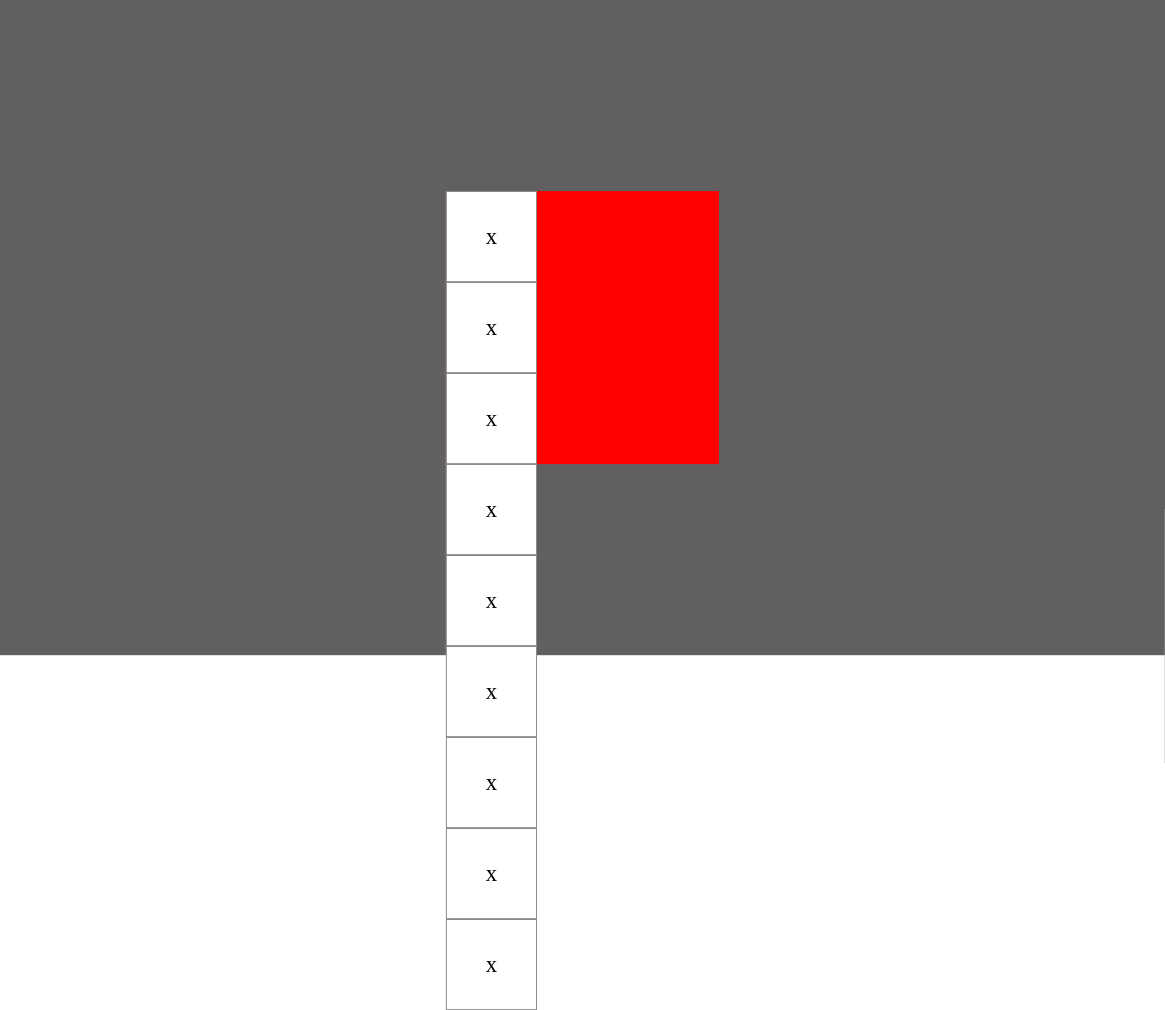
Repository: Minkeani/TIC-TAC_TOE
Page: /
The author's editor kept a copy of each file at every save. The page is drawn from the files as they stood at one save, then again after the next save.
The browser window is 1280 px wide. The pictures show the whole page, at 91% of full size.
Some web fonts or font styles are not loaded; a fallback is used. The project was rebuilt for these pictures with package versions that can differ from the ones it lists, and the page was loaded fresh each time.

Above is the page before, as saved 2022-05-22 12:51:33.

### public/index.html
<!DOCTYPE html>
<html lang="en">
  <head>
    <meta charset="utf-8" />
    <link rel="icon" href="%PUBLIC_URL%/favicon.ico" />
    <meta name="viewport" content="width=device-width, initial-scale=1" />
    <title>React App</title>
    <link rel="preconnect" href="https://fonts.googleapis.com">
<link rel="preconnect" href="https://fonts.gstatic.com" crossorigin>
<link href="https://fonts.googleapis.com/css2?family=Koulen&display=swap" rel="stylesheet">
  </head>
  <body>
    <div id="root"></div>
  </body>
</html>

### src/index.css
* {
  font-family: 'Koulen', cursive;
  margin: 0;
  padding: 0;
  box-sizing: border-box
}

### src/App.js
import './App.css';
import Game from './components/Game';

function App() {
  return (
    <div className="App">
     <Game/>
    </div>
  );
}

export default App;

### src/components/Game.jsx
import React from 'react'
import './Game.css'
import Board from './Board'

export default function Game() {
  return (
    <div className='wrapper'>
      <Board/>
    </div>
  )
}

### src/components/Game.css
.wrapper {
    min-height: 100vh;
    width: 100%;
    background: #606060;
    display: flex;
    align-items: center;
    justify-content: center;
    flex-direction: column
}

### src/components/Board.jsx
import React from 'react'
import './Board.css'
import Square from './Square'

export default function Board() {
  return (
    <div className='board'>
      <Square/>
      <Square/>
      <Square/>
      <Square/>
      <Square/>
      <Square/>
      <Square/>
      <Square/>
      <Square/>
    </div>
  )
}

### src/components/Board.css
.board {
    width: 300px;
    height: 300px;
    background-color: red
}

### src/components/Square.jsx
import React from 'react'
import './Square.css'

export default function Square() {
  return (
    <button className='square'>
      x
    </button>
  )
}

### src/components/Square.css
.square {
    width: 100px;
    height: 100px;
    background: white;
    border: 1px solid gray;
    cursor: pointer;
    outline: none;
    align-items: center;
    font-size: 25px;
    justify-content: center;
    display: flex
}

Loaded but not shown: src/index.js (common file); src/App.css (common file)

After the next save:
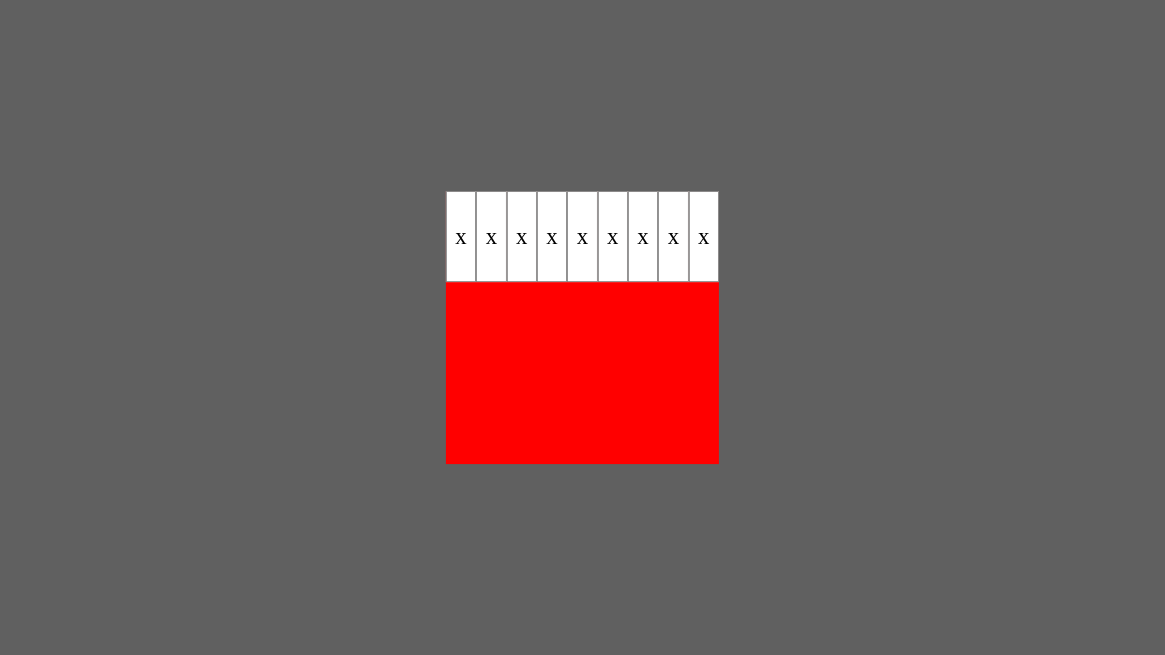
Saved 39 s later.
--- a/src/components/Board.css
+++ b/src/components/Board.css
@@ -1,5 +1,7 @@
 .board {
     width: 300px;
     height: 300px;
-    background-color: red
+    background-color: red;
+    display: flex;
+    display-wrap: wrap
 }
